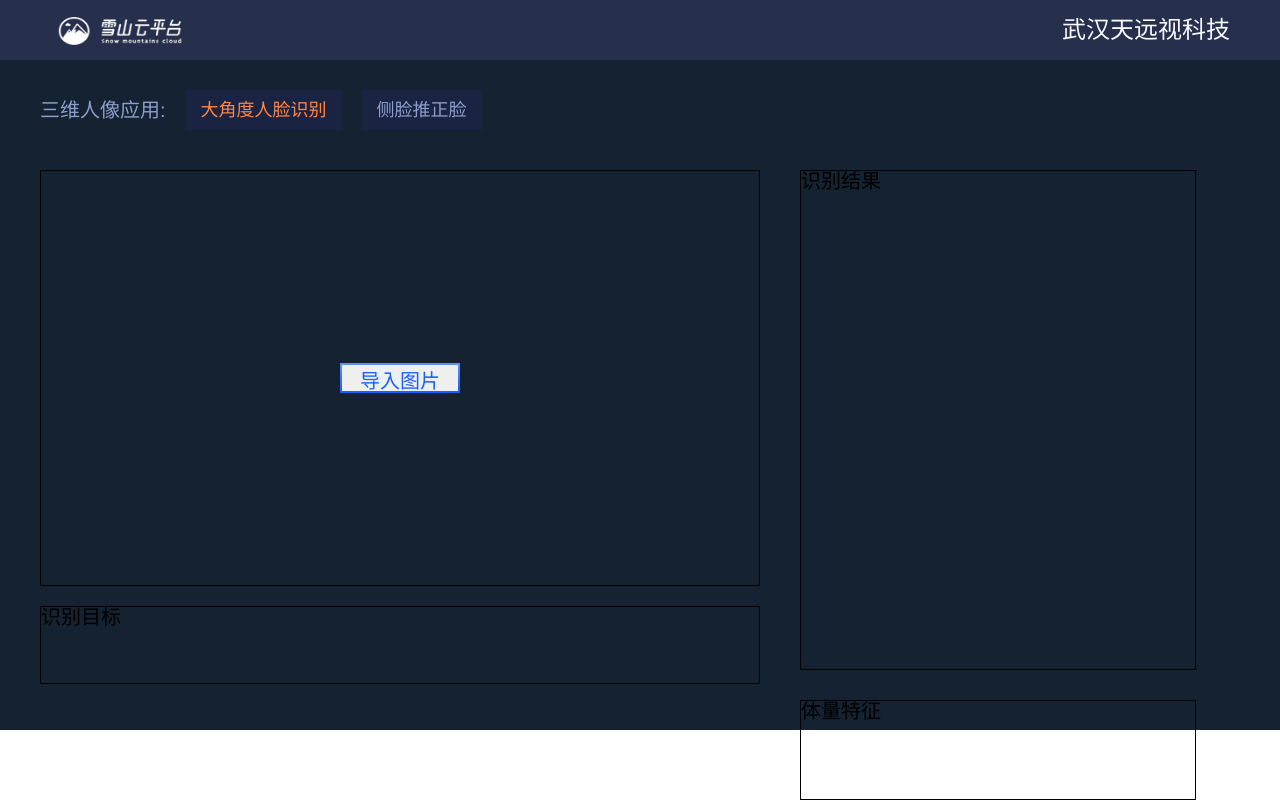
Repository: fyt2020/pubilcDemlo
Page: /
These files come from the project's save history. The page is drawn as it stood at one moment and after the next save; the edit follows.
The browser window is 1280 px wide. The pictures show the whole page.
The project was rebuilt for these pictures with package versions that can differ from the ones it lists, and the page was loaded fresh each time.

Above is the page before, as saved 2020-04-28 11:00:53.

After the next save:
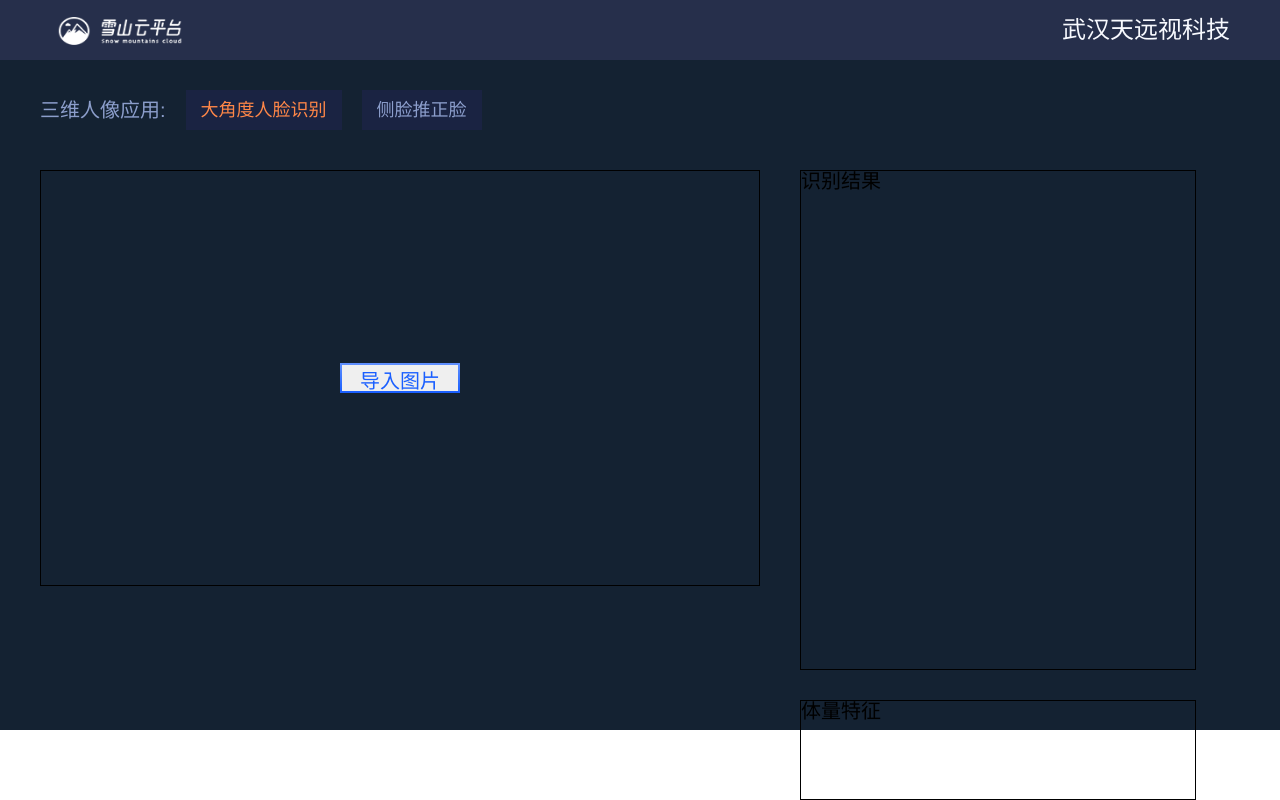
Saved 76 s later.
--- a/src/pages/bigAngle.vue
+++ b/src/pages/bigAngle.vue
@@ -30,14 +30,14 @@
           </form>
         </button>
       </div>
-      <div class="left__bottom">
+      <!-- <div class="left__bottom">
         <span class="left__bottomT">识别目标</span>
         <ul class="recg__box">
           <li class="recg__item" v-for="item in angleImg" :key="item.id">
             <img :src="item.src" alt class="recg__itemImg"/>
           </li>
         </ul>
-      </div>
+      </div> -->
     </div>
     <div class="bigAngle__right">
       <div class="right__top">
